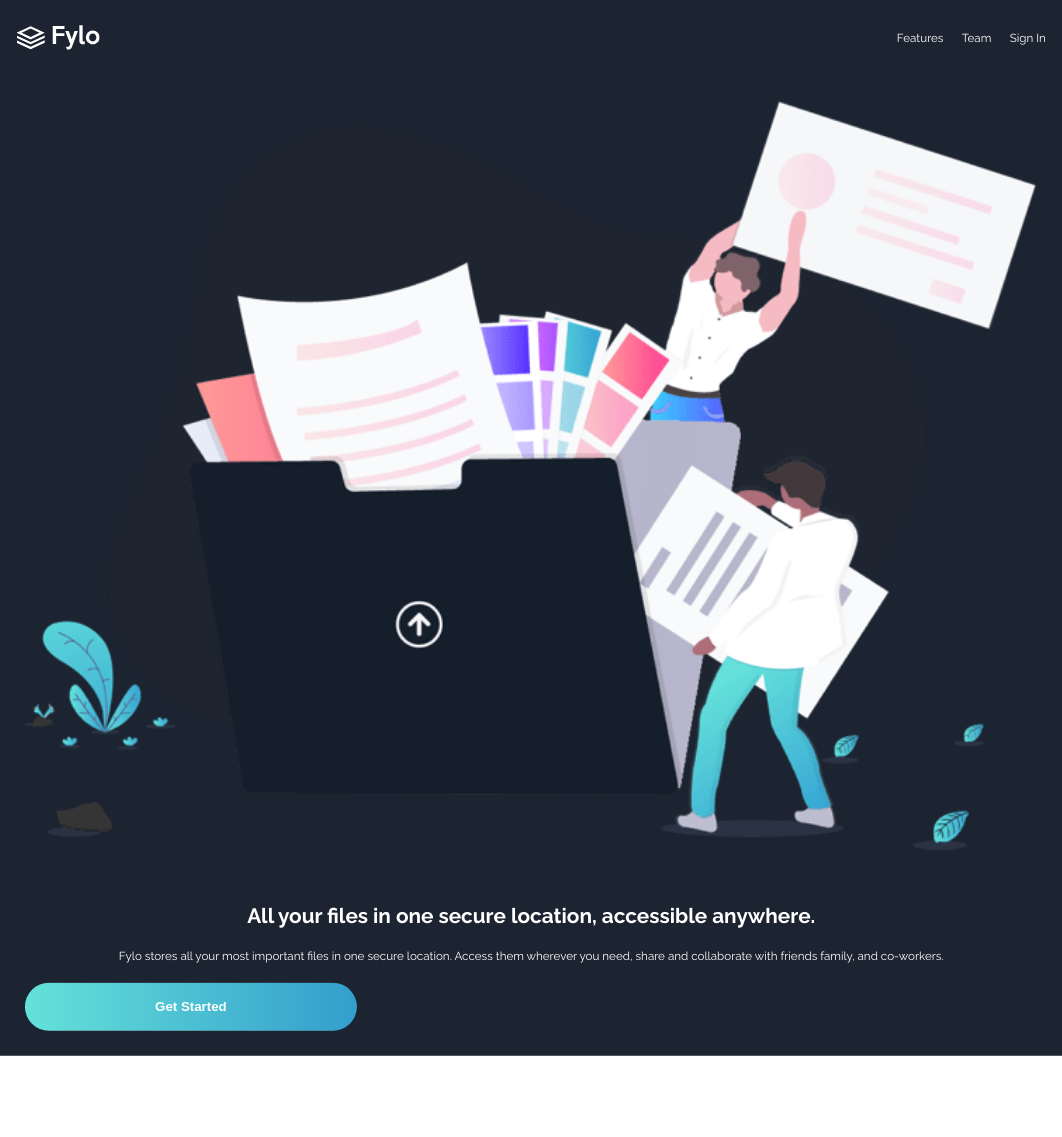
Repository: tomas938/fylo-dark-theme-landing-page-master
Page: index.html
The author's editor kept a copy of each file at every save. The page is drawn from the files as they stood at one save, then again after the next save.
The browser window is 1280 px wide. The pictures show the whole page, at 83% of full size.
The style sheet was rebuilt from its Sass, Less or Tailwind sources for each picture, by a compiler version that may differ from the author's.

Above is the page before, as saved 2021-08-05 12:10:36.

After the next save:
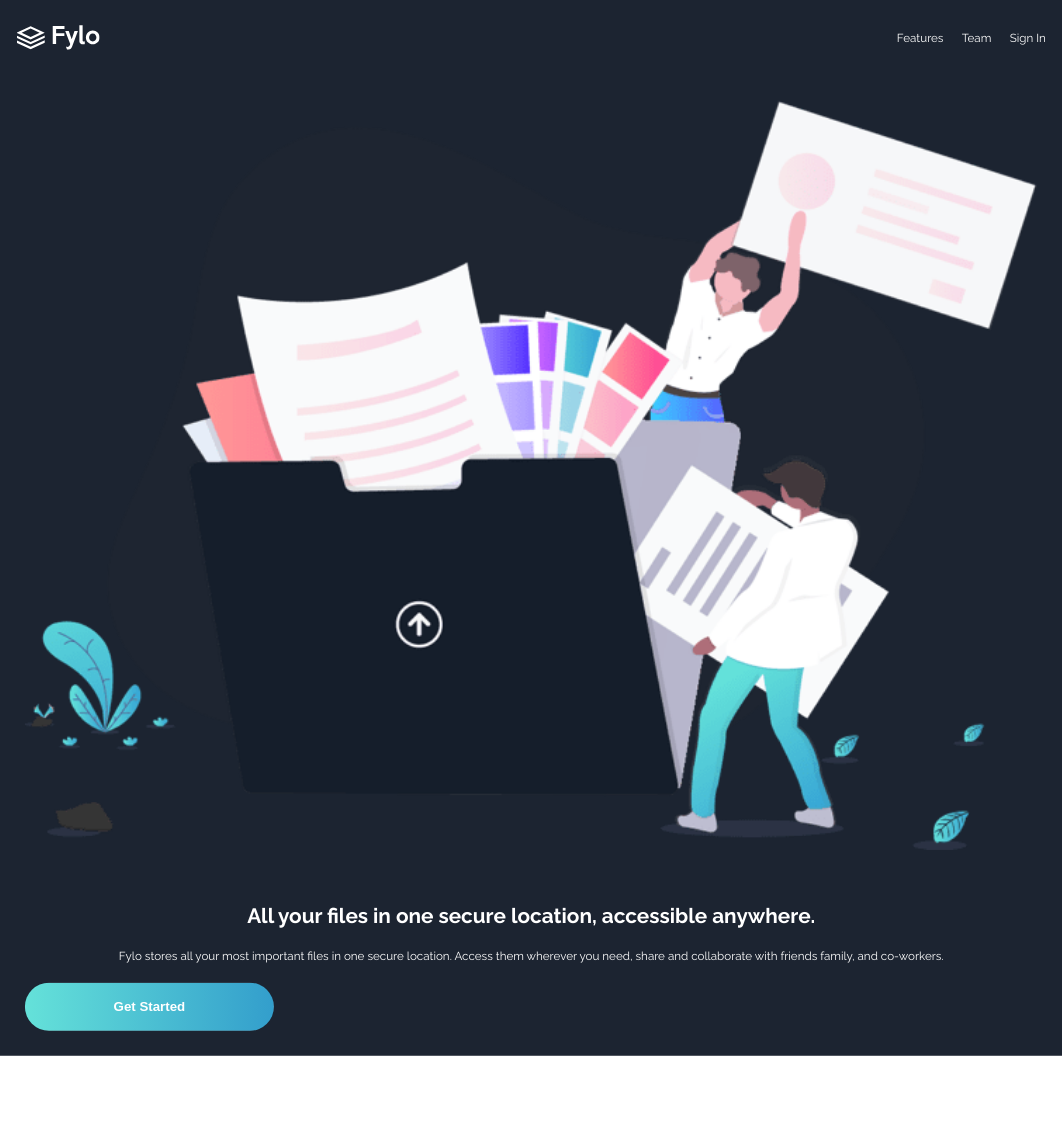
Saved 6 s later.
--- a/scss/_partials/_intro.scss
+++ b/scss/_partials/_intro.scss
@@ -48,7 +48,7 @@
 		text-align: center;
 	}
 	.blue-rounded {
-		max-width: 40rem;
+		max-width: 30rem;
 		font-size: 1.6rem;
 		font-weight: $heading-bold;
 		border: none;
